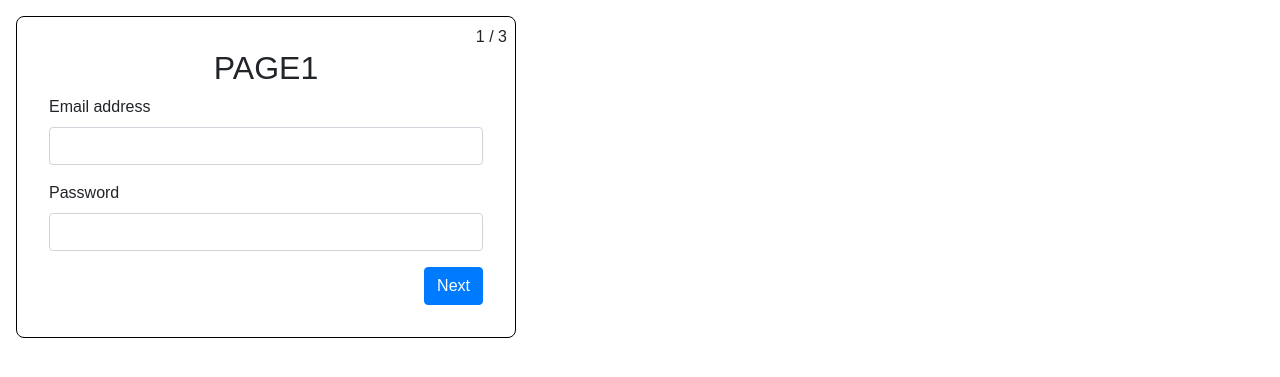
Repository: Aminox84/frontend-main
Page: /
These files come from the project's save history. The page is drawn as it stood at one moment and after the next save; the edit follows.
The browser window is 1280 px wide. The pictures show the whole page.
The project was rebuilt for these pictures with package versions that can differ from the ones it lists, and the page was loaded fresh each time. Also part of the build but not shown: src/AddressForm.tsx, src/AccountForm.tsx.

Above is the page before, as saved 2022-12-29 19:42:54.

After the next save:
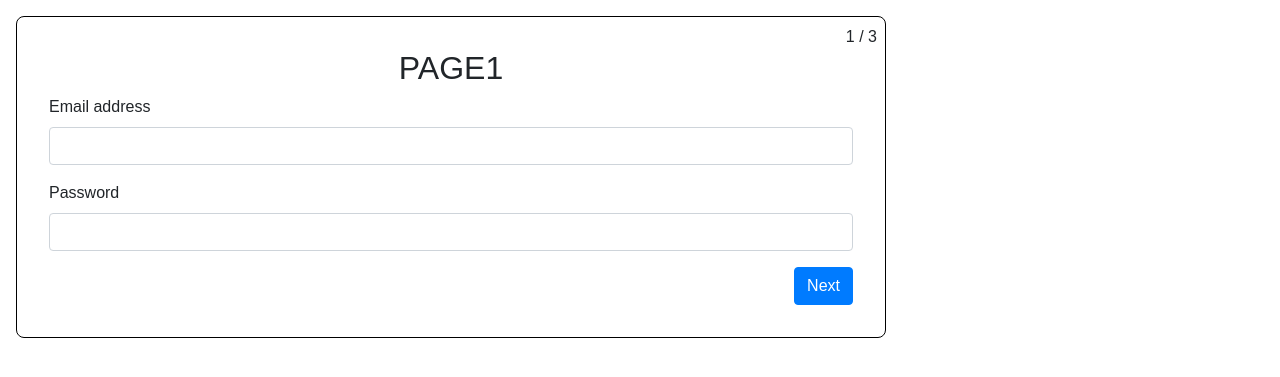
Saved 6 s later.
--- a/src/App.tsx
+++ b/src/App.tsx
@@ -11,7 +11,7 @@ function App() {
 const {steps,currentStepIndex,step,isFirstStep,isLastStep,back,next} = useMultistepForm([<UserForm />,<AddressForm />,<AccountForm />])
 
   return (
-    <div style={{position:"relative",background:"white",border:"1px solid  black",padding:"2rem",margin:"1rem",borderRadius:".5rem",fontFamily:"Arial",width:"500px"}}>
+    <div style={{position:"relative",background:"white",border:"1px solid  black",padding:"2rem",margin:"1rem",borderRadius:".5rem",fontFamily:"Arial",width:"870px"}}>
       <form>
        <div style={{position:"absolute",top:".5rem",right:".5rem"}}> {currentStepIndex + 1} / {steps.length}</div>
        {step}
